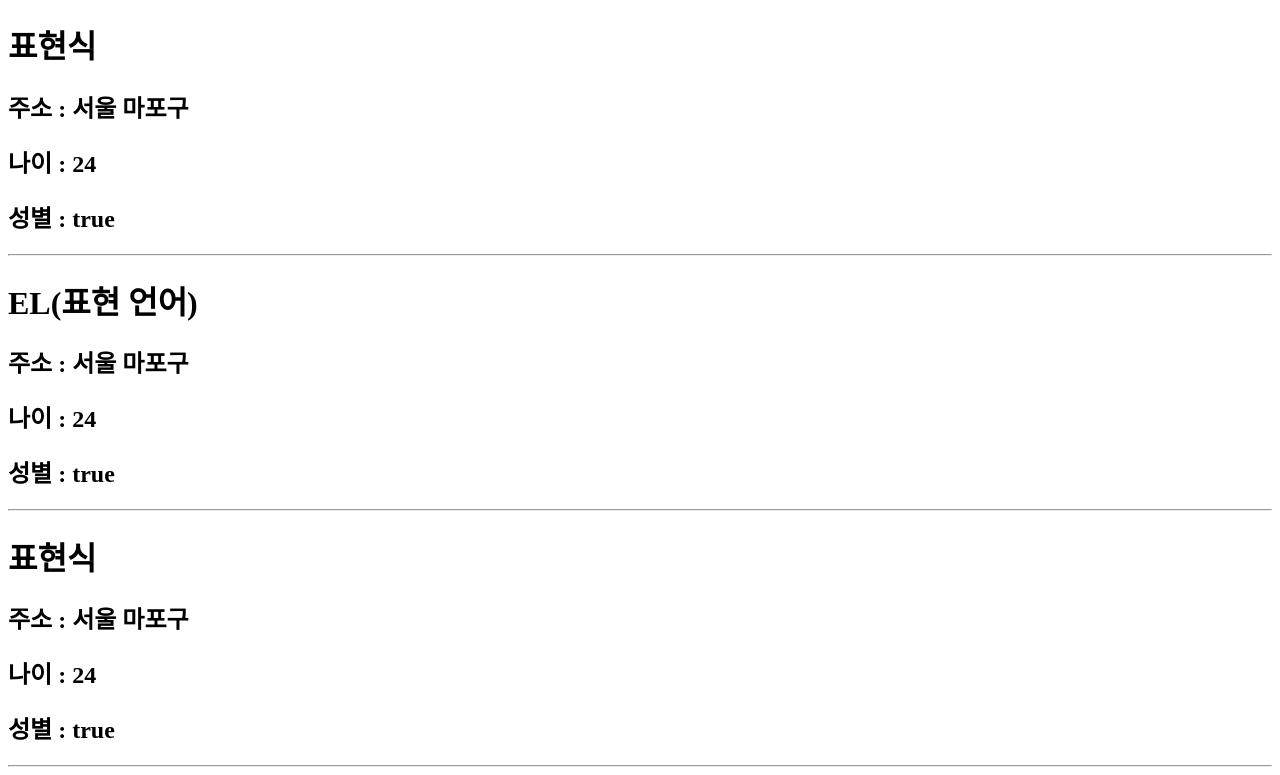
Repository: wjsjsn/23_jspstudy
Page: http://localhost/02_jsp/view/ex08_pageContext.jsp
These files come from the project's save history. The page is drawn as it stood at one moment and after the next save; the edit follows.
The browser window is 1280 px wide. The pictures show the whole page.
The page is served by Tomcat 9.

Above is the page before, as saved 2023-07-05 02:01:26.

After the next save:
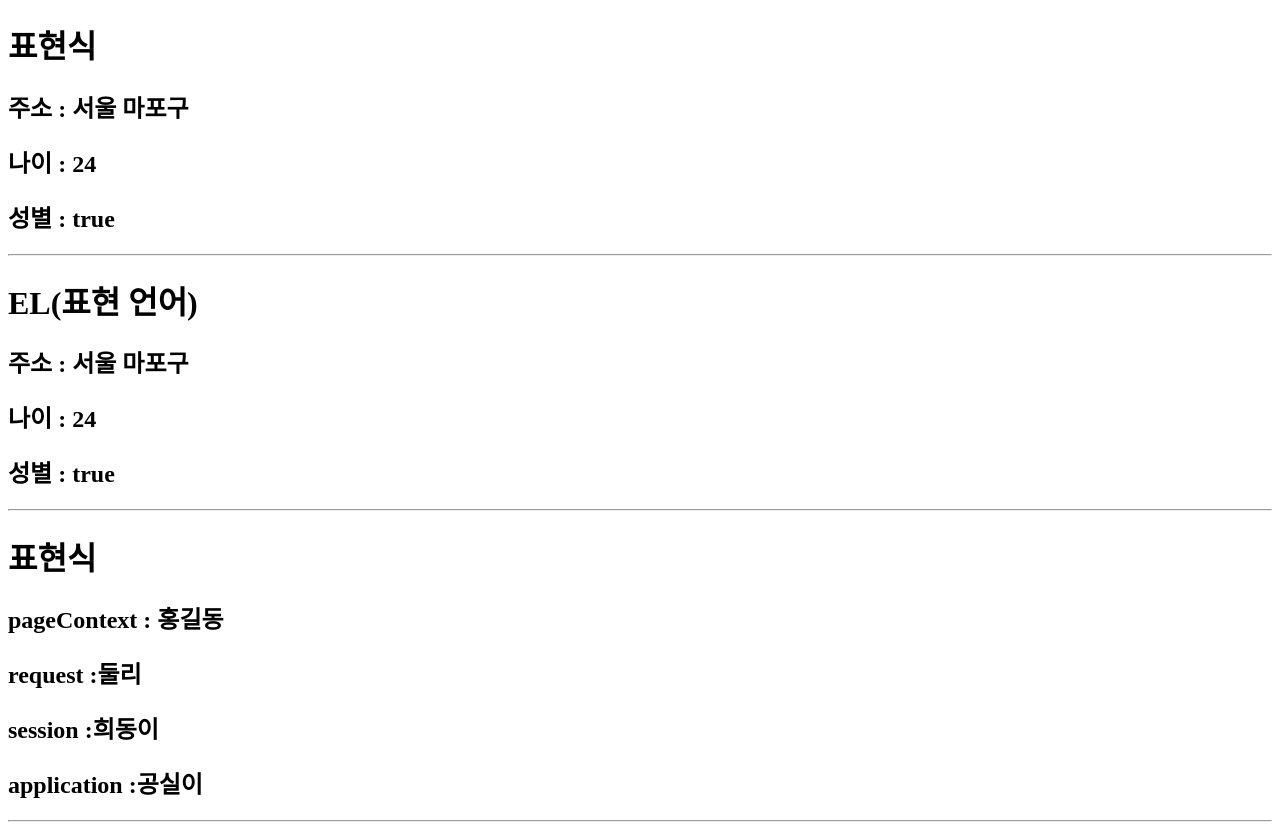
Saved 90 s later.
--- a/02_jsp/src/main/webapp/view/ex08_pageContext.jsp
+++ b/02_jsp/src/main/webapp/view/ex08_pageContext.jsp
@@ -69,15 +69,10 @@
 	application.setAttribute("name", "공실이");
 	%>
 	<h1>표현식</h1>
-	<h2>
-		주소 :
-		<%=pageContext.getAttribute("addr")%></h2>
-	<h2>
-		나이 :
-		<%=pageContext.getAttribute("age")%></h2>
-	<h2>
-		성별 :
-		<%=pageContext.getAttribute("gender")%></h2>
+	<h2>pageContext : <%=pageContext.getAttribute("name")%></h2>
+	<h2>request :<%=request.getAttribute("name")%></h2>
+	<h2>session :<%=session.getAttribute("name")%></h2>
+	<h2>application :<%=application.getAttribute("name")%></h2>
 	<hr>
 </body>
 </html>
